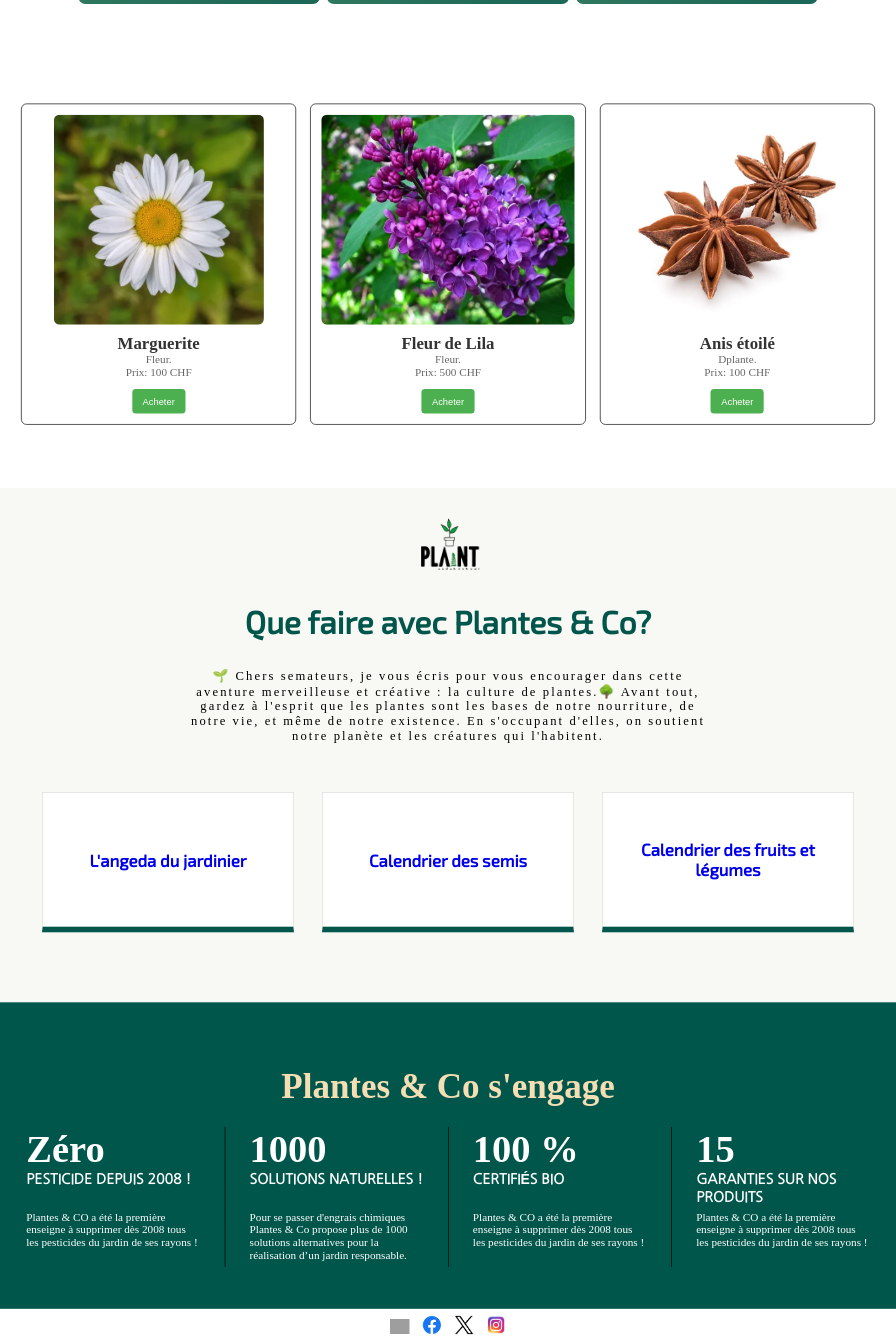
Repository: Flexo874/ISITECH-HTML-CSS
Page: index.html
The author's editor kept a copy of each file at every save. The page is drawn from the files as they stood at one save, then again after the next save.
The browser window is 1280 px wide. The pictures show the part of the page from y = 1797 to 3717 px (the page is 3717 px tall), at 70% of full size.
Pictures or frames that could not be fetched are drawn as grey boxes. Some web fonts or font styles are not loaded; a fallback is used.

Above is the page before, as saved 2024-01-04 16:05:21.

### index.html
<!DOCTYPE html>
<html>
<head>
    <link rel="icon" href="/images/logo_render_v2.png">
    <title>Plantes & Co</title>
    <link rel="preconnect" href="https://fonts.googleapis.com">
<link rel="preconnect" href="https://fonts.gstatic.com" crossorigin>
<link href="https://fonts.googleapis.com/css2?family=Exo+2&family=Macondo&family=Nanum+Gothic&display=swap" rel="stylesheet">
     <link rel="stylesheet" type="text/css" href="./style.css">
     <link rel="stylesheet" type="text/css" href="./reseaux.css">
     <link rel="stylesheet" type="text/css" href="./engagement.css">
     <link rel="stylesheet" type="text/css" href="./instructions.css">
     <link rel="preconnect" href="https://fonts.googleapis.com">
     <link rel="preconnect" href="https://fonts.gstatic.com" crossorigin>
     <link href="https://fonts.googleapis.com/css2?family=Exo+2&display=swap" rel="stylesheet">
     <link rel="preconnect" href="https://fonts.googleapis.com">
     <link rel="preconnect" href="https://fonts.gstatic.com" crossorigin>
     <link href="https://fonts.googleapis.com/css2?family=Exo+2&family=Macondo&display=swap" rel="stylesheet">
</head>
<body>

    <ul>
        <li>  <img src="images/logo_render_v2.png" alt="Logo"></li>
        <li><a href="#home">Home</a></li>
        <li><a href="#news">News</a></li>
        <li><a href="/contact/contact.html">Contact</a></li>
        <li><a href="#about">About</a></li>
    </ul>

    <div class="plant-img">
        <div>
            <img src="/images/logo_render.png" alt="plante">
        </div>
    </div>

    <h1 > Best Sellers</h1>

    <div class="container">
            <div class="item">
                <a>
                <img src="images/REN_23924_1_a4dbbb4b-9b31-4e6d-a11c-1aaa8667c503.webp" alt="Logo">
                <p>Lorem ipsum dolor sit amet, consectetur adipiscing elit,  aliqua. Ut enim ad minim veniam, quis nostrud exercitation ullamco laboris nisi ut aliquip ex ea commodo consequat. Duis aute irure dolor in reprehenderit in voluptate velit esse cillum dolore eu fugiat nulla pariatur. Excepteur sint occaecat cupidatat non proident, sunt in culpa qui officia deserunt mollit anim id est laborum.</p>
                </a>
            </div>
            <div class="item">
                <a>
                <img src="images/HOR_029681_1.webp" alt="Logo">
                <p>Lorem ipsum dolor sit amet, consectetur adipiscing elit,  aliqua. Ut enim ad minim veniam, quis nostrud exercitation ullamco laboris nisi ut aliquip ex ea commodo consequat. Duis aute irure dolor in reprehenderit in voluptate velit esse cillum dolore eu fugiat nulla pariatur. Excepteur sint occaecat cupidatat non proident, sunt in culpa qui officia deserunt mollit anim id est laborum.</p>
                </a>
            </div>
            <div class="item">
                <a>
                <img src="images/REN_23924_1_a4dbbb4b-9b31-4e6d-a11c-1aaa8667c503.webp" alt="Logo">
                <p>Lorem ipsum dolor sit amet, consectetur adipiscing elit,  aliqua. Ut enim ad minim veniam, quis nostrud exercitation ullamco laboris nisi ut aliquip ex ea commodo consequat. Duis aute irure dolor in reprehenderit in voluptate velit esse cillum dolore eu fugiat nulla pariatur. Excepteur sint occaecat cupidatat non proident, sunt in culpa qui officia deserunt mollit anim id est laborum.</p>
                </a>
            </div>
    </div>

    <section class="produits">
        <div class="produit">
            <img src="images/Leucanthemum_vulgare.webp" alt="Produit 1">
            <h3>Marguerite</h3>
            <p>Fleur.</p>
            <p>Prix: 100 CHF</p>
            <button>Acheter</button>
        </div>
        <div class="produit">
            <img src="images/1676375528_249_Belle-signification-et-symbolisme-de-la-couleur-de-la-fleur.webp" alt="Produit 1">
            <h3>Fleur de Lila</h3>
            <p>Fleur.</p>
            <p>Prix: 500 CHF </p>
            <button>Acheter</button>
        </div>
        <div class="produit">
            <img src="images/anis-étoilé-spice-de-fruits-et-de-graines-isolé-sur-fond-blanc.webp" alt="Produit 1">
            <h3>Anis étoilé</h3>
            <p>Dplante.</p>
            <p>Prix: 100 CHF</p>
            <button>Acheter</button>
        </div>
    </section>

    <section class="instructions">
        <div class="logo">
        <img src="images/logo_render.png" alt="Logo">
        </div>
        <div class="titre">
            <h2>Que faire avec Plantes & Co?</h2>
        </div>
        <div class="description">
            <p>🌱 Chers semateurs, je vous écris pour vous encourager dans cette aventure
                 merveilleuse et créative : la culture de plantes.🌳 Avant tout, gardez à l'esprit que les plantes sont les bases de notre nourriture, de notre vie, et même de notre existence. En s'occupant d'elles, on soutient notre planète et les créatures qui l'habitent.</p>
          </div>
        <div class="categories">
            <a class="calendar" href="https://www.notretemps.com/vie-pratique/jardin/l-agenda-du-jardinier">
                 <h3>L'angeda du jardinier</h3>
            </a>
            <a class="calendar" href="https://www.fermedesaintemarthe.com/calendrier-des-semis-et-recoltes-p-13525">
                <h3>Calendrier des semis</h3>
            </a>
            <a class="calendar" href="https://www.bienmanger.com/1C600_Saison_Fruits_Legumes_Calendrier.html">
                <h3>Calendrier des fruits et légumes</h3>
            </a>
        </div>
    </section>

    <section class="engagement">
        <div class="titre2">
            <h2>Plantes & Co s'engage</h2>
        </div>
        <div class="cat">
            <div class="eng">
                <div class="titre-pesticide">
                    <h3>Zéro</h3>
                    <h4>PESTICIDE DEPUIS 2008 !</h4>
                </div>
                <div class="test">
                    <p>Plantes & CO a été la première enseigne à supprimer dès 2008 tous les pesticides du jardin de ses rayons !</p>
                </div>
             </div>
            <div class="separator"></div>
            <div class="eng">
                <div class="titre-pesticide">
                <h3>1000</h3>
                <h4>SOLUTIONS NATURELLES !</h4>
            </div>
                <div class="test">
                <p>Pour se passer d'engrais chimiques Plantes & Co propose plus de 1000 solutions alternatives pour la réalisation d’un jardin responsable.</p>
            </div>
            </div>
            <div class="separator"></div>
            <div class="eng">
                <div class="titre-pesticide">
                <h3>100 %</h3>
                <h4>CERTIFIÉS BIO</h4>
            </div>
                <div class="test">
                <p>Plantes & CO a été la première enseigne à supprimer dès 2008 tous les pesticides du jardin de ses rayons !</p>
            </div>
            </div>
            <div class="separator"></div>

            <div class="eng">
                <div class="titre-pesticide">
                <h3>15</h3>
                <h4>GARANTIES SUR NOS PRODUITS</h4>
            </div>
                <div class="test">
                <p>Plantes & CO a été la première enseigne à supprimer dès 2008 tous les pesticides du jardin de ses rayons !</p>
            </div>
            </div>
        </div>
    </section>

    <footer>
            <div class="socials">
                <div class="social">
                    <a class="yt"><img src="images/youtube.webp" alt="Youtube"></a>
                </div>
                <div class="social">
                    <img src="images/logo-facebook.webp" alt="Youtube">
                </div>
                <div class="social">
                    <img src="images/logo-black.png.twimg.1920.webp" alt="Youtube">
                </div>
                <div class="social">
                    <img src="images/580b57fcd9996e24bc43c521.webp" alt="Youtube">
                </div>
            </div>
    </footer>




</body>
</html>

### style.css
* {
  margin: 0;
  padding: 0;
  scroll-behavior: smooth;
}
ul {
  list-style-type: none;
  margin: 0;
  padding: 0;
  overflow: hidden;
  background-image: linear-gradient(
    109.6deg,
    rgba(61, 131, 97, 1) 11.2%,
    rgba(28, 103, 88, 1) 91.1%
  );
  display: flex;
  list-style: none;
  box-sizing: border-box;
  justify-content: left;
}

li img {
  width: 50px;
  height: auto;
  vertical-align: middle;
}

li {
  position: relative;
  margin-left: 20px;
}

li a {
  display: block;
  color: white;
  text-align: center;
  padding: 18px 16px;
  text-decoration: none;
  font-size: 18px;
  transition: 0.4s ease-in-out;
  position: center;
  font-family: "Noto Mono", monospace;
}

li a:hover {
  background-color: #00564B;
  border-radius: 5px;
  transform: scale(1.2);
}

.plant-img  {
  width: 100%;
  height: 56vw;
  object-fit: cover;
  overflow: hidden;
  background-image:url(images/lines.webp);


}
.plant-img > div {
  width: 100%;
  height: 100%;
  display: flex;
  justify-content: center;
  background-image: linear-gradient(0deg, white 0%, rgba(0,0,0,0) 15%);
}
.plant-img > div > img{
  align-items: center;
  width: 600px;

}

h1 {
  padding: 40px;
  padding-bottom: 0;
  margin-bottom: 0;
  margin-top: 60px;
  text-align: center;
  font-weight: bold;
  font-size: 60px;
}

.container {
  display: flex;
  grid-template-columns: repeat(3, 1fr);
  grid-auto-rows: minmax(300px, auto);
  gap: 10px;
  padding: 10px;
  margin-top: 0;
  margin: 8%;
  padding-top: 0;
}

.item {
  align-items: center;
  justify-content: center;
  border-radius: 10px;
  display: flex;
  justify-content: center;
  align-items: center;
  background-image: linear-gradient(
    109.6deg,
    rgba(61, 131, 97, 1) 11.2%,
    rgba(28, 103, 88, 1) 91.1%
  );
}

.item a {
  margin: 7px;
}

.item a:hover {
  color: white;
}

.item img {
  max-width: 100%;
  height: auto;
  border-radius:5px;
}

.item p {
  margin-top: 10px;
  text-align: center;
  color: white;
  font-family: "Noto Mono", monospace;
  font-size: 16px;
  margin:20px;

}

.produits {
  display: flex;
  flex-wrap: wrap;
  justify-content: space-around;
  padding: 20px;
}

.produit {
  background-color: #fff;
  border: 1px solid #ddd;
  border-radius: 8px;
  border-color: #111;
  margin: 10px;
  padding: 15px;
  text-align: center;
  transition: transform 0.3s ease-in-out;
  width: calc(33.33% - 20px);
  box-sizing: border-box;


}

.produit:hover {
  transform: scale(1.05);
}

.produit img {
  max-width: 100%;
  height: 300px;
  border-radius: 8px;
}

.produit h3 {
  margin-top: 10px;
  font-size: 1.5em;
  color: #333;
}

.produit p {
  color: #666;
}

.produit button {
  background-color: #4caf50;
  color: #fff;
  padding: 10px 15px;
  border: none;
  border-radius: 5px;
  cursor: pointer;
  margin-top: 15px;
}

.produit button:hover {
  background-color: #45a049;
}

### reseaux.css
footer{
    background-color:white;

}

.socials{
    display: flex;
    justify-content:center;
    padding: 10px 0;

}

.social{
    margin:0 10px;
}

.social img{
    width: 26px;
    height: 26px;
}

.social  :hover{
    transform: scale(1.1);
}
.social > .yt img{
    width: 26px;
    height: auto;
    padding-top: 5px;
    scale: 1.1;
}

### engagement.css
.engagement{
    padding: 20px ;

    background-color:#00564B;
}

.titre2{
    margin-top: 70px;
    text-align: center  ;
}
.engagement > .titre2 h2{
    font-family: 'Exo 2', sans-serif;
    font-family: 'Macondo', cursive;
    color:wheat;
    font-size: 50px;
}

.cat{
    display: flex;
    flex-wrap: wrap;
    justify-content: space-around;
    align-items: top;
    width: 100%;
    margin-top: 30px;
    margin-bottom: 20px;
    text-align:left;
    flex-direction:row;
    border-color: 8px solid black;


}

.test {
    display: flex;
    align-items:baseline;
    height: 100px;
}
.test p{

}

.titre-pesticide {
    height: 120px;
}

.eng {
    width: 20%;
}

.eng h3{
    font-size: 55px;
    color:white;
    display: block;
}

.eng h4{
    font-size: 20px;
    color:white;
    margin-bottom: 30px;
    font-family: 'Exo 2', sans-serif;
    font-family: 'Macondo', cursive;
    font-family: 'Nanum Gothic', sans-serif;
    display: block;
}

.eng p{
    color:white;
}

.separator{
    height: 200px;
    width: 1px;
    background-color: black;
}

### instructions.css
.instructions{
    padding: 20px ;
    margin-top: 60px;
    background-color:#F8F8F4;

}

.logo{
    display: flex;
    justify-content: center;
    align-items:center;
}

.logo img {
    width: 10%;

}



 .titre {
  margin-top: 20px;
  text-align: center;
  font-weight: bold;
  color:#00564B;
  font-size: 30px;
  width: 100%;
}

.titre h2{
    font-family: 'Exo 2', sans-serif;
}

.description{
    display: flex;
    margin: 40px;
    text-align: center;
    margin-left: 20%;
    margin-right: 20%;
}

.description p{
    letter-spacing: 3px;
    font-size: 18px;
}


.categories{
    display: flex;
    flex-wrap: wrap;
    justify-content: space-around;
    padding: 20px;
    align-items: center;

    margin-top: 30px;
    margin-bottom: 50px;

}


.calendar {
  background-color: #fff;
  border: 1px solid #ddd;
  margin: 10px;
  padding: 15px;
  text-align: center;
  transition: transform 0.3s ease-in-out;
  width: calc(33.33% - 20px);
  box-sizing: border-box;
  height: 200px;
  width: 30%;
  display: flex;
  flex-direction: column;
  justify-content: space-around;
  border-bottom: solid 8px #00564B;
  transition: border 200ms ease-in-out;
  text-decoration: none;
  text-decoration-color: black;

}

.calendar > a {
    color: black;
}


.calendar:hover {
    border: solid 8px #00564B;

}

.calendar > h3 {
    font-size: 24px;
    font-family: 'Exo 2', sans-serif;
}

After the next save:
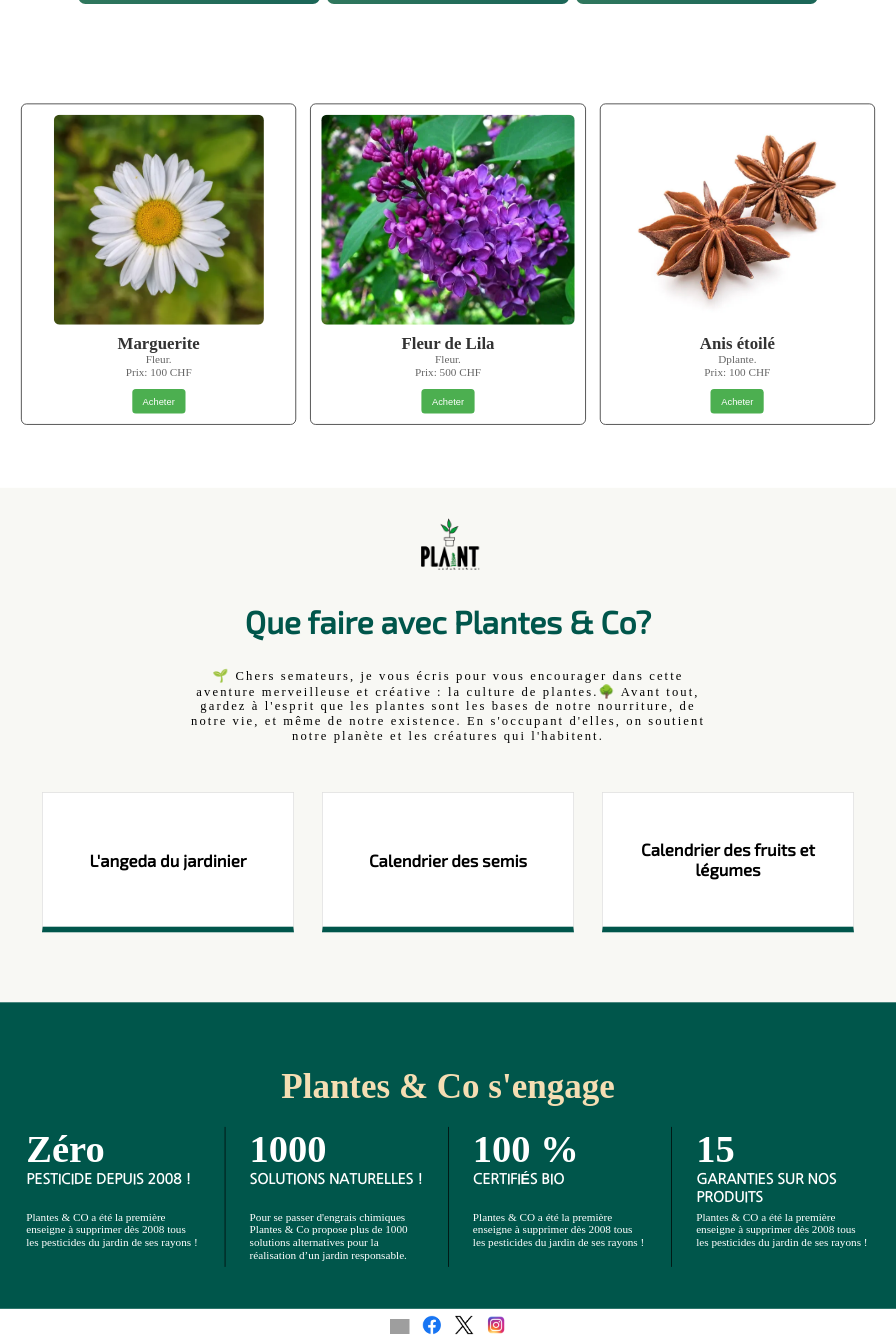
Saved 10 s later.
--- a/instructions.css
+++ b/instructions.css
@@ -79,7 +79,7 @@
 
 }
 
-.calendar > a {
+.calendar {
     color: black;
 }
 
